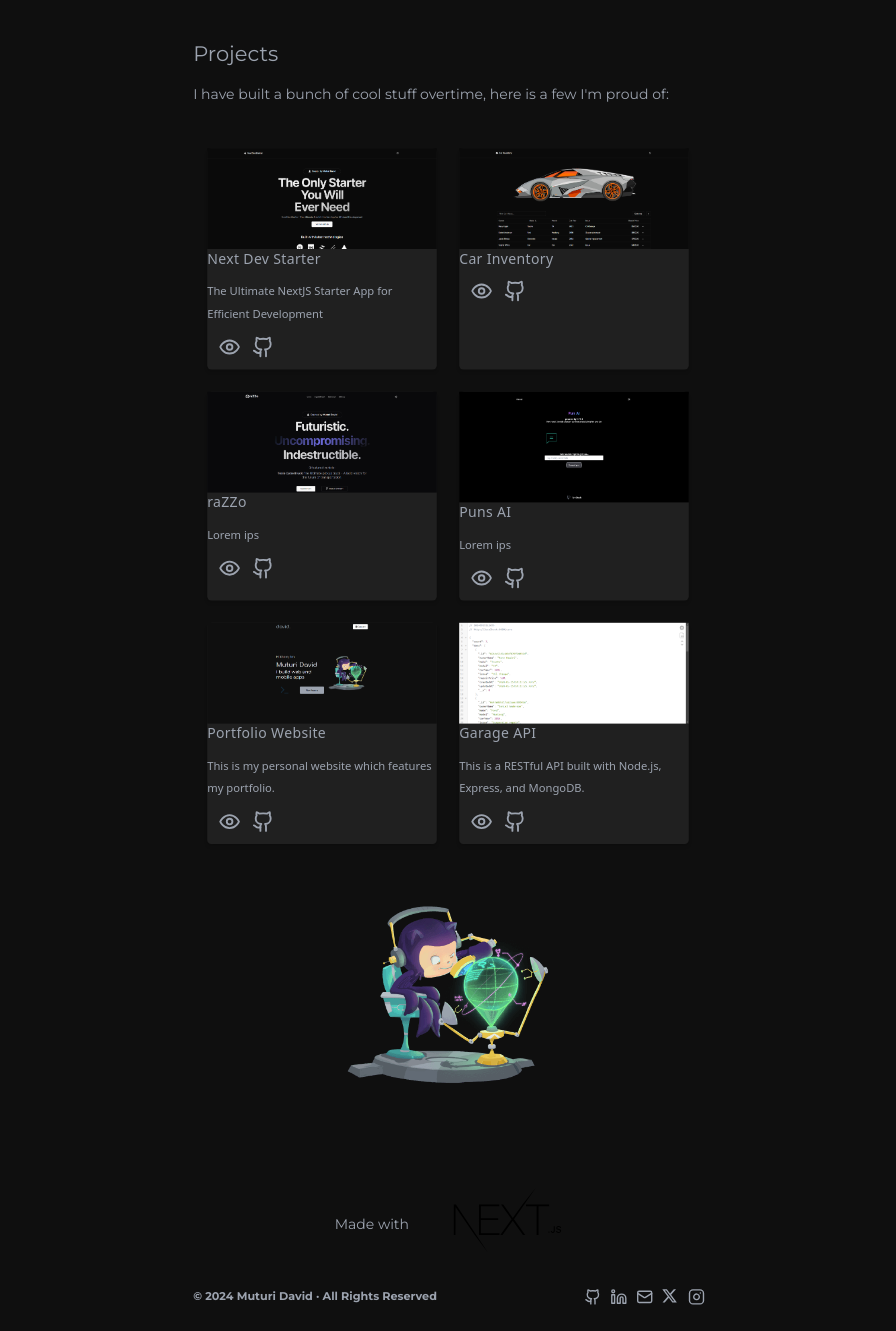
Repository: tushcmd/tushdev-portfolio
Page: /
An editor plug-in stored every save of this project. The page is shown before and after the next save, followed by the edit.
The browser window is 1280 px wide. The pictures show the part of the page from y = 2124 to 4044 px (the page is 4026 px tall before and 4044 px after), at 70% of full size.
The project was rebuilt for these pictures with package versions that can differ from the ones it lists, and the page was loaded fresh each time. The framework's server and built-in components were replaced by stand-ins that run in the browser. Also part of the build but not shown: next.config.js.

Above is the page before, as saved 2024-05-26 07:08:19.

### app/layout.tsx
import type { Metadata } from 'next'
import { Inter } from 'next/font/google'
import './globals.css'


const inter = Inter({ subsets: ['latin'] })

export const metadata: Metadata = {
  metadataBase: new URL('https://tushdev.co/'),
  alternates: {
    canonical: 'https://tushdev.co/',
    languages: {
      'en-US': '/en-US',
      'de-DE': '/de-DE',
    },
  },
  title: 'Muturi | Web & Mobile developer',
  description: 'I am highly passionate about creating sleek and reliable software.',
  robots: 'index, follow',
  openGraph: {
    title: 'Muturi | Web & Mobile developer',
    description: 'Passionate web developer who loves creating sleek and reliable software.',
    url: 'https://tushdev.co/',
  }
}

export default function RootLayout({
  children,
}: {
  children: React.ReactNode
}) {
  return (
    <html lang="en">
      <body className={`{inter.className} bg-primary w-full overflo-y-visible overflow-x-hidden`} >{children}</body>
    </html>
  )
}

### app/page.tsx
import Navbar from './components/shared/nav';
import Hero from '@/app/components/hero';
import About from './components/about';
import Skills from '@/app/components/Skills/skills'

import GetInTouch from './components/getintouch';
import Footer from './components/shared/footer';
import Projects from './components/projects/projects';

export default function Page() {
  return (
    <main>
      <Navbar />
      <Hero />
      <About />
      <Skills />
      <GetInTouch />
      <Projects />
      <Footer />
    </main>
  );
}

### app/components/hero.tsx
import { comfortaa } from '@/app/fonts';
import { montserrat } from '@/app/fonts';
import hero from '@/constants/hero';
import Image from "next/image";

// Extracted styles
const textStyles = {
  montserrat: `${montserrat.className} text-white`,
  comfortaa: `${comfortaa.className} text-[#D1D5DB] font-bold`,
};

const heroTextClasses = {
  heading: `${textStyles.montserrat} text-2xl py-6`,
  name: `${textStyles.comfortaa} text-5xl md:text-5xl pb-3`,
  paragraph: `${textStyles.montserrat} text-4xl md:text-4xl`,
};

const containerClasses = 'max-w-3xl mx-auto px-5 md:px-5';

export default function Hero() {
  return (
    <div className={containerClasses}>
      <section className='relative flex flex-col-reverse md:flex-row justify-center items-center h-screen md:py-16 py-6 overflow-auto'>
        <div>
          <div className='flex flex-col items-start justify-between py-6 w-full'>
            <p className={heroTextClasses.heading}>Hi there, I&apos;m</p>
            <h6 className={heroTextClasses.name}>{hero.name}</h6>
            <p className={heroTextClasses.paragraph}>{hero.paragraph}</p>
          </div>
          <div className='flex flex-row pt-3 md:py-5 py-10 w-full justify-center space-x-12 md:space-x-20'>
            <svg
              xmlns='http://www.w3.org/2000/svg'
              width='60'
              height='60'
              viewBox='0 0 24 24'
              fill='none'
              stroke='#142c3e'
              strokeWidth='2'
              strokeLinecap='round'
              strokeLinejoin='round'
              className='lucide lucide-terminal'
            >
              <polyline points='4 17 10 11 4 5' />
              <line x1='12' x2='20' y1='19' y2='19' />
            </svg>
            <div className='flex items-center gap-2'>
              <a
                href='https://drive.google.com/file/d/1Fc9oeqVXjbyWMcWTrOqMmTOxY1JUjsOX/view?usp=sharing'
                target='_blank'
                rel='_noreferrer'
                className='flex items-center gap-1 md:hover:bg-slate-200 rounded-md px-12 bg-gray-400 text-black font-medium py-[1.08rem]'
              >
                View Resume
              </a>
            </div>
          </div>
        </div>
        <div>
          <Image src="/dark-thin.png" alt="tush coding" width={300} height={300} />
        </div>
      </section>
    </div>
  );
}

{/*

import { comfortaa } from '@/app/fonts';
import { montserrat } from '@/app/fonts';
import hero from '@/constants/hero';
import Image from "next/image";

export default async function Hero() {
  return (
    <section className='relative flex flex-col-reverse md:flex-row justify-center items-center h-screen md:py-16 py-6 overflow-auto'>
      <div>
        <div className='flex items-start flex-col max-w-3xl py-6 w-full md:px-5 px-5 justify-between'>
          <p className={`${montserrat.className} text-3xl text-white py-6`}>
            Hi there, I&apos;m
          </p>
          <h6
            className={`${comfortaa.className} text-5xl md:text-8xl text-[#D1D5DB] text-bold pb-3`}
          >
            {hero.name}
          </h6>
          <p
            className={`${montserrat.className} text-4xl md:text-6xl text-white`}
          >
            {hero.paragraph}
          </p>
        </div>
        <div className='flex flex-row md:max-w-3xl pt-3 md:py-5 py-10 w-full md:px-5 px-5 justify-center space-x-12 md:space-x-20'>
          <svg
            xmlns='http://www.w3.org/2000/svg'
            width='60'
            height='60'
            viewBox='0 0 24 24'
            fill='none'
            stroke='#142c3e'
            stroke-width='2'
            stroke-linecap='round'
            stroke-linejoin='round'
            className='lucide lucide-terminal'
          >
            <polyline points='4 17 10 11 4 5' />
            <line x1='12' x2='20' y1='19' y2='19' />
          </svg>
          <div className='flex items-center gap-2'>
            <a
              href='https://drive.google.com/file/d/1Fc9oeqVXjbyWMcWTrOqMmTOxY1JUjsOX/view?usp=sharing'
              target='_blank'
              rel='_noreferrer'
              className='flex items-center gap-1 md:hover:bg-slate-200 rounded-md px-12 bg-gray-400 text-black font-medium py-[1.08rem]'
            >
              View Resume
            </a>
          </div>
        </div>
      </div>
      <div>
        <Image
          src="/dark-thin.png"
          alt="tush coding"
          width={300}
          height={300}
        />
      </div>
    </section>
  );
}

*/}

### app/components/about.tsx
import { montserrat } from '@/app/fonts';
import about from '@/constants/about';

// Extracted styles
const textStyles = {
  montserrat: `${montserrat.className} text-gray-400`,
};

const textClasses = {
  heading: `${textStyles.montserrat} text-2xl md:text-3xl pb-6`,
  paragraph: `${textStyles.montserrat} text-base md:text-xl`,
  info: `${textStyles.montserrat} text-base md:text-xl py-6 items-center`,
};

const containerClasses = 'max-w-3xl mx-auto px-5 md:px-5';

export default function About() {
  return (
    <section className='relative flex flex-col justify-center items-center'>
      <div className={`flex flex-col items-start justify-between pb-10 w-full ${containerClasses}`}>
        <h2 className={textClasses.heading}>About Me</h2>
        <p className={textClasses.paragraph}>
          I&apos;m {about.paragraph} <br /> {about.paragraph2}
        </p>
        <i className={textClasses.info}>
          ⓘ this dev has a goal to create software used by millions
        </i>
        <div className='flex flex-row pt-3 md:py-5 py-10 w-full justify-center space-x-12 md:space-x-20'>
          <svg
            xmlns='http://www.w3.org/2000/svg'
            width='60'
            height='60'
            viewBox='0 0 24 24'
            fill='none'
            stroke='#142c3e'
            strokeWidth='2'
            strokeLinecap='round'
            strokeLinejoin='round'
            className='lucide lucide-plug'
          >
            <path d='M12 22v-5' />
            <path d='M9 8V2' />
            <path d='M15 8V2' />
            <path d='M18 8v5a4 4 0 0 1-4 4h-4a4 4 0 0 1-4-4V8Z' />
          </svg>
          <div className='flex items-center gap-2'>
            <a
              href='mailto:muturidavid854@gmail.com'
              target='_blank'
              rel='_noreferrer'
              className='flex items-center gap-1 md:hover:bg-slate-200 text-xm md:text-base rounded-md px-12 bg-gray-400 text-black font-medium py-[1.08rem]'
            >
              Mail
            </a>
          </div>
        </div>
      </div>
    </section>
  );
}

{/*

import { montserrat } from '@/app/fonts'
import about from '@/constants/about';

export default async function About() {
  return (
    <section className='relative flex flex-col justify-center items-center'>
      <div className='flex items-start flex-col md:max-w-3xl pb-10 w-full md:px-5 px-5 justify-between'>
        <h2
          className={`${montserrat.className} text-gray-400 text-2xl md:text-3xl pb-6`}
        >
          About Me
        </h2>
        <p className={`${montserrat.className} text-gray-400 text-base md:text-xl`}>
          I&apos;m {about.paragraph} <br />
          {about.paragraph2}
        </p>
        <i className={`${montserrat.className} text-gray-400 text-base md:text-xl py-6 items-center}`}>ⓘ this dev is subscribed to fireship on YouTube </i>
        <div className='flex flex-row md:max-w-3xl pt-3 md:py-5 py-10 w-full md:px-5 px-5 justify-center space-x-12 md:space-x-20'>
          <svg
            xmlns='http://www.w3.org/2000/svg'
            width='60'
            height='60'
            viewBox='0 0 24 24'
            fill='none'
            stroke='#142c3e'
            stroke-width='2'
            stroke-linecap='round'
            stroke-linejoin='round'
            className='lucide lucide-plug'
          >
            <path d='M12 22v-5' />
            <path d='M9 8V2' />
            <path d='M15 8V2' />
            <path d='M18 8v5a4 4 0 0 1-4 4h-4a4 4 0 0 1-4-4V8Z' />
          </svg>
          <div className='flex items-center gap-2'>
            <a
              href='mailto:muturidavid854@gmail.com'
              target='_blank'
              rel='_noreferrer'
              className='flex items-center gap-1 md:hover:bg-slate-200 text-xm md:text-base rounded-md px-12 bg-gray-400 text-black font-medium py-[1.08rem]'
            >
              Mail
            </a>
          </div>
        </div>
      </div>
    </section>
  );
}
*/}

### app/components/Skills/skills.tsx
import { montserrat } from '../../fonts';
import { skills } from './SkillsList.js';

// Extracted styles
const textStyles = {
  montserrat: `${montserrat.className} text-gray-400`,
};

const textClasses = {
  heading: `${textStyles.montserrat} text-2xl md:text-3xl pb-6`,
  paragraph: `${textStyles.montserrat} text-base md:text-xl`,
};

const containerClasses = 'max-w-3xl mx-auto px-5 md:px-5';

export default async function Skills() {
  return (
    <section className='relative flex flex-col justify-center items-center pt-3 md:py-6'>
      <div className={`flex flex-col items-start justify-between py-10 w-full ${containerClasses}`}>
        <h2 className={textClasses.heading}>Skills &#x26; tools</h2>
        <p className={textClasses.paragraph}>
          Here are a few technologies I&apos;ve been working with recently:
        </p>
        <div className='px-5 mb-5 w-full'>
          <ul className='grid grid-cols-2 gap-1 mt-5 md:grid-cols-4'>
            {skills.map((skill) => {
              const { title, icon } = skill;
              return (
                <li
                  key={skill.id}
                  className='flex flex-col items-center gap-2 p-5 font-semibold rounded-md text-gray-400 bg-[#202020] opacity-1 transform scale-100 translate-x-0 translate-y-0'
                >
                  {icon}
                  {title}
                </li>
              );
            })}
          </ul>
        </div>
        <div className='justify-center flex w-full py-10'>
          <svg
            xmlns='http://www.w3.org/2000/svg'
            width='72'
            height='72'
            viewBox='0 0 24 24'
            fill='none'
            stroke='#142c3e'
            strokeWidth='1'
            strokeLinecap='round'
            strokeLinejoin='round'
            className='lucide lucide-chevrons-down'
          >
            <path d='m7 6 5 5 5-5' />
            <path d='m7 13 5 5 5-5' />
          </svg>
        </div>
      </div>
    </section>
  );
}

{/*


  import { montserrat } from '../../fonts';
import { skills } from './SkillsList.js';

export default async function Skills() {
  return (
    <section className='relative flex flex-col justify-center items-center pt-3 md:py-6'>
      <div className='flex items-start flex-col md:max-w-3xl py-10 w-full md:px-5 px-5 justify-between'>
        <h2
          className={`${montserrat.className} text-gray-400 text-2xl md:text-3xl pb-6`}
        >
          Skills &#x26; tools
        </h2>
        <p
          className={`${montserrat.className} text-gray-400 text-base md:text-xl`}
        >
          Here are a few technologies I&apos;ve been working with recently:
        </p>
        <div className='px-5 mb-5 w-full'>
          <ul className='grid grid-cols-2 gap-1 mt-5 md:grid-cols-4'>
            {skills.map((skill) => {
              const { title, icon } = skill;
              return (
                <li
                  key={skill.id}
                  className='flex flex-col items-center gap-2 p-5 font-semibold rounded-md text-gray-400 bg-[#202020] opacity-1 transform scale-100 translate-x-0 translate-y-0'
                >
                  {icon}
                  {title}
                </li>
              );
            })}
          </ul>
        </div>
        <div className='justify-center flex w-full py-10'>
          <svg
            xmlns='http://www.w3.org/2000/svg'
            width='72'
            height='72'
            viewBox='0 0 24 24'
            fill='none'
            stroke='#142c3e'
            stroke-width='1'
            stroke-linecap='round'
            stroke-linejoin='round'
            className='lucide lucide-chevrons-down'
          >
            <path d='m7 6 5 5 5-5' />
            <path d='m7 13 5 5 5-5' />
          </svg>
        </div>
      </div>
    </section>
  );
}

*/}

### app/components/projects/projects.tsx
import Image from "next/image";
import { montserrat } from '../../fonts';
import ProjectsCard from "./projects-card";
import { projects } from '../../../constants/projects';

// Extracted styles
const textStyles = {
  montserrat: `${montserrat.className} text-gray-400`,
};

const textClasses = {
  heading: `${textStyles.montserrat} text-2xl md:text-3xl pb-6`,
  paragraph: `${textStyles.montserrat} text-base md:text-xl`,
};

const containerClasses = 'max-w-3xl mx-auto px-5 md:px-5';

export default function Projects() {
  return (
    <section className='relative flex flex-col justify-center items-center py-20'>
      <div className={containerClasses}>
        <h2 className={textClasses.heading}>Projects</h2>
        <p className={textClasses.paragraph}>
          I have built a bunch of cool stuff overtime, here is a few I&apos;m proud of:
        </p>
        <div className='px-5 mb-5 w-full'>
          <div className='py-16 md:grid md:grid-cols-2 flex flex-col gap-8'>
            {projects.map((project) => (
              <ProjectsCard key={project.id} {...project} />
            ))}
          </div>
        </div>
      </div>
      <Image src="/dark-thin.png" alt="tush coding" width={300} height={300} />
    </section>
  );
}

{/*

    import Image from "next/image";
import { montserrat } from '../../fonts';
import ProjectsCard from "./projects-card";
import { projects } from '../../../constants/projects'


const textStyles = {
    montserrat: `${montserrat.className} text-gray-400`,
};

const textClasses = {
    heading: `${textStyles.montserrat} text-2xl md:text-3xl pb-6`,
    paragraph: `${textStyles.montserrat} text-base md:text-xl`,
};

export default function Projects() {
    return (
        <section className='relative flex flex-col justify-center items-center py-20'>
            <h2 className={textClasses.heading}>Projects</h2>
            <p className={textClasses.paragraph}>
                I have built a bunch of cool stuff overtime, here is a few I&apos;m proud of:
                You can go through my github profile for more projects and landing pages
            </p>
            <div className='px-5 mb-5 w-full'>
                <div className='py-16 grid lg:grid-cols-2 xl:grid-cols-3 gap-8'>
                    {projects.map((project) => {
                        return <ProjectsCard key={project.id} {...project} />;
                    })}
                </div>
            </div>
            <Image
                src="/dark-thin.png"
                alt="tush coding"
                width={300}
                height={300}
            />

        </section>
    );
}

*/}

### app/fonts.ts
import { Inter, Comfortaa, Open_Sans, Montserrat } from 'next/font/google';

export const inter = Inter({ subsets: ['latin'] });

export const comfortaa = Comfortaa({
  weight: ['400', '700'],
  subsets: ['latin'],
});

export const opensans = Open_Sans({
    weight: ['300', '400', '500', '600', '700', '800'],
    subsets: ['latin']
});

export const montserrat = Montserrat({
  weight: ['300', '400', '500', '600', '700', '800'],
  subsets: ['latin'],
});

### constants/hero.ts
interface Hero {
    greet: string;
    name: string;
    paragraph: string;
}

const hero: Hero = {
    greet: 'Hi there, I am',
    name: 'Muturi David',
    paragraph: `I build web and mobile
    apps`,
};

export default hero;

### constants/about.ts
interface About {
  paragraph: string;
  paragraph2: string;
}

const about: About = {
  paragraph: ' highly passionate about creating sleek and reliable software.',
  paragraph2:
    'I aim at perfecting in building scalable products with high perfomance experiences. I enjoy creating beautiful websites and apps with modern UI/UX.',
};

export default about;

### app/components/projects/projects-card.tsx
import { Github, Eye } from 'lucide-react'
import Image from 'next/image'
import Projects from '../../../constants/projects';

export default function ProjectsCard({ url, img, github, title, text }: Projects) {
    return (
        <article className="rounded-md text-gray-400 bg-[#202020] shadow-md hover:shadow-xl duration-300">

            <Image
                    src={img}
                    alt={title}
                    width={350}
                    height={153}
                />
            <h2 className='text-xl tracking-wide font-medium'>{title}</h2>
            <p className='mt-4 leading-loose'>{text}</p>
            <div className='mt-4 flex gap-x-4 pb-4 pl-4'>
                <a href={url} target='_blank'>
                    <Eye className='h-8 w-8 text-gray-400 hover:text-black duration-300' />
                </a>
                <a href={github} target='_blank'>
                    <Github className='h-8 w-8 text-gray-400 hover:text-black duration-300' />
                </a>
            </div>
        </article>
    )
}

### constants/projects.ts
import Projects from "@/app/components/projects/projects";
import { nanoid } from "nanoid";

interface Projects {
  id: string;
  url: string;
  github: string;
  img: string;
  title: string;
  text: string;
}

export const projects = [
  {
    id: nanoid(),
    img: '/next-dev-starter.png',
    url: 'https://next-dev-starter.vercel.app/',
    github: 'https://github.com/tushcmd/next-dev-starter',
    title: 'Next Dev Starter',
    text: 'The Ultimate NextJS Starter App for Efficient Development'
  },
  {
    id: nanoid(),
    img: '/car-inventory.png',
    url: 'https://car-inventory-livid.vercel.app/',
    github: 'https://github.com/tushcmd/car-inventory',
    title: 'Car Inventory',
    text: ''
  },
  {
    id: nanoid(),
    img: '/raZZo.png',
    url: 'https://razzo-zeta.vercel.app/',
    github: 'https://github.com/john-smilga',
    title: 'raZZo',
    text: 'Lorem ips'
  },
  {
    id: nanoid(),
    img: '/puns-dark.png',
    url: 'https://next-puns-ai.vercel.app/',
    github: 'https://github.com/tushcmd/next-puns-ai',
    title: 'Puns AI',
    text: 'Lorem ips'
  },
  {
    id: nanoid(),
    img: '/tushdev.png',
    url: 'https://tushdev.co/',
    github: 'https://github.com/tushcmd/tushdev-portfolio',
    title: 'Portfolio Website',
    text: ' This is my personal website which features my portfolio.'
  },
  {
    id: nanoid(),
    img: '/localhost8080.png',
    url: 'https://garage-server-4ypk.onrender.com/',
    github: 'https://github.com/tushcmd/garage-server',
    title: 'Garage API',
    text: 'This is a RESTful API built with Node.js, Express, and MongoDB.'
  },
]

export default Projects;

### tailwind.config.ts
import type { Config } from 'tailwindcss'

const config: Config = {
  content: [
    './pages/**/*.{js,ts,jsx,tsx,mdx}',
    './components/**/*.{js,ts,jsx,tsx,mdx}',
    './app/**/*.{js,ts,jsx,tsx,mdx}',
  ],
  theme: {
    extend: {
      colors: {
        primary: "#0F0F0F",
        heading: "#FFFFFF",
        dimGray: "D1D5DB",
        iconBg: '#9CA3AF',
        iconText: '202020',
      },
      screens: {
        sm: '480px',
        md: '768px',
        lg: '976px',
        xl: '1440px',
      },
    },
  },
  plugins: [],
}
export default config

Loaded but not shown: app/globals.css (common file); app/components/Skills/SkillsList.js (88 lines, source omitted); app/components/shared/footer.tsx (151 lines, source omitted); app/components/getintouch.tsx (150 lines, source omitted); app/components/shared/nav.tsx (133 lines, source omitted)

After the next save:
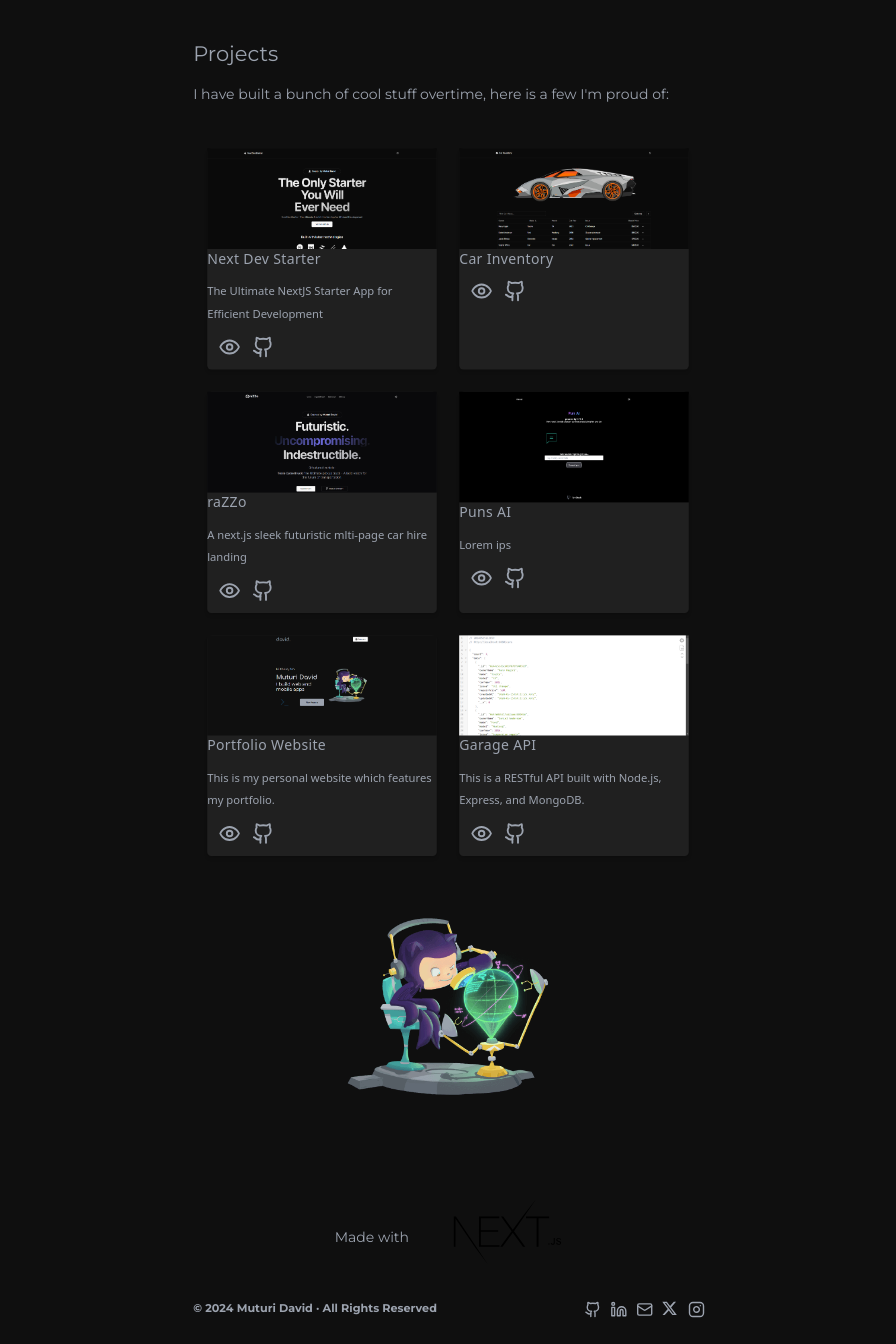
Saved 3 min 44 s later.
--- a/constants/projects.ts
+++ b/constants/projects.ts
@@ -33,7 +33,7 @@ export const projects = [
     url: 'https://razzo-zeta.vercel.app/',
     github: 'https://github.com/john-smilga',
     title: 'raZZo',
-    text: 'Lorem ips'
+    text: 'A next.js sleek futuristic mlti-page car hire landing'
   },
   {
     id: nanoid(),
